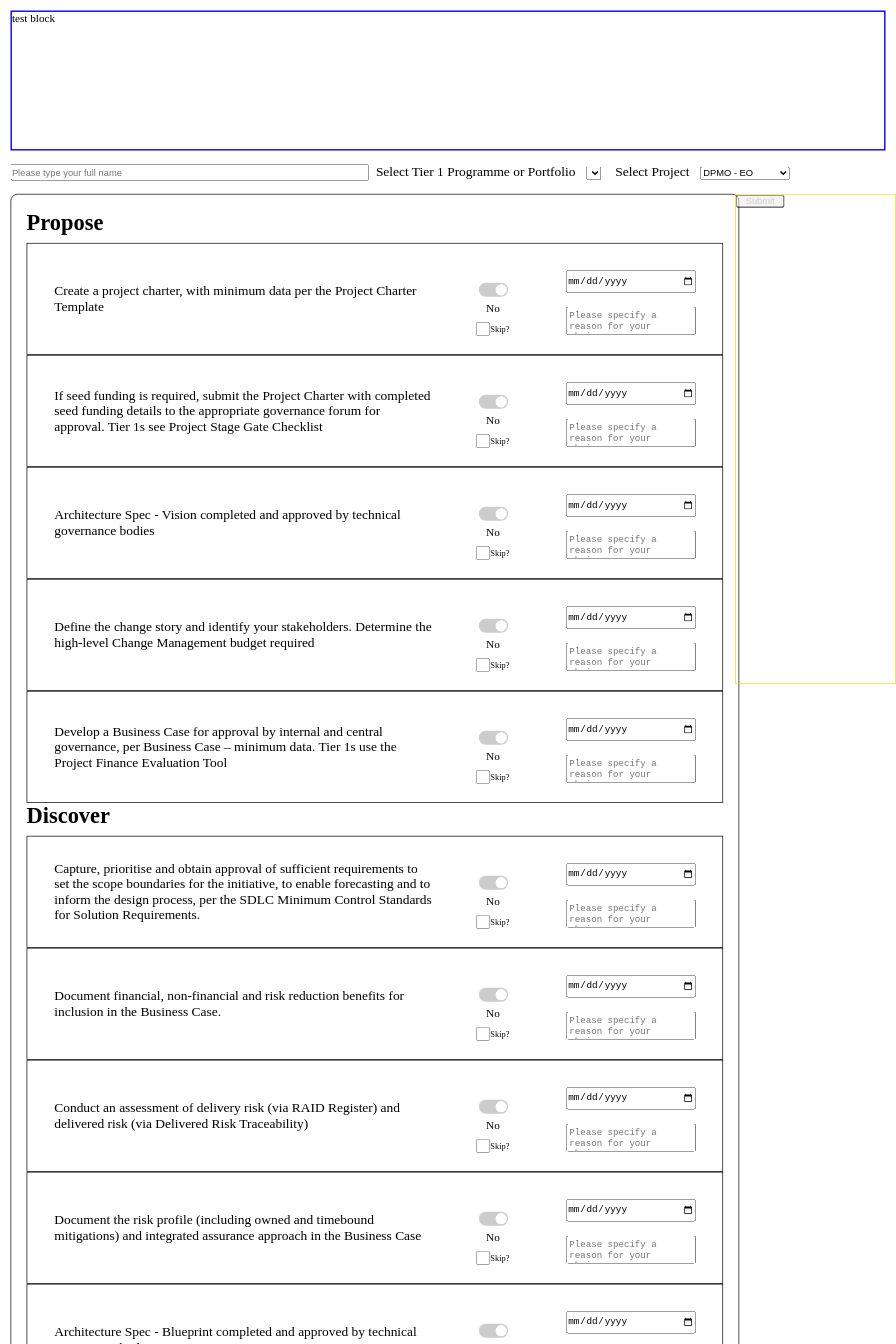
Repository: I-Alpha/JQuery-Html-form
Page: Project-form.html
The author's editor kept a copy of each file at every save. The page is drawn from the files as they stood at one save, then again after the next save.
The browser window is 1280 px wide. The pictures show the part of the page from y = 0 to 1920 px (the page is 8709 px tall), at 70% of full size.

Above is the page before, as saved 2020-10-27 01:03:38.

After the next save:
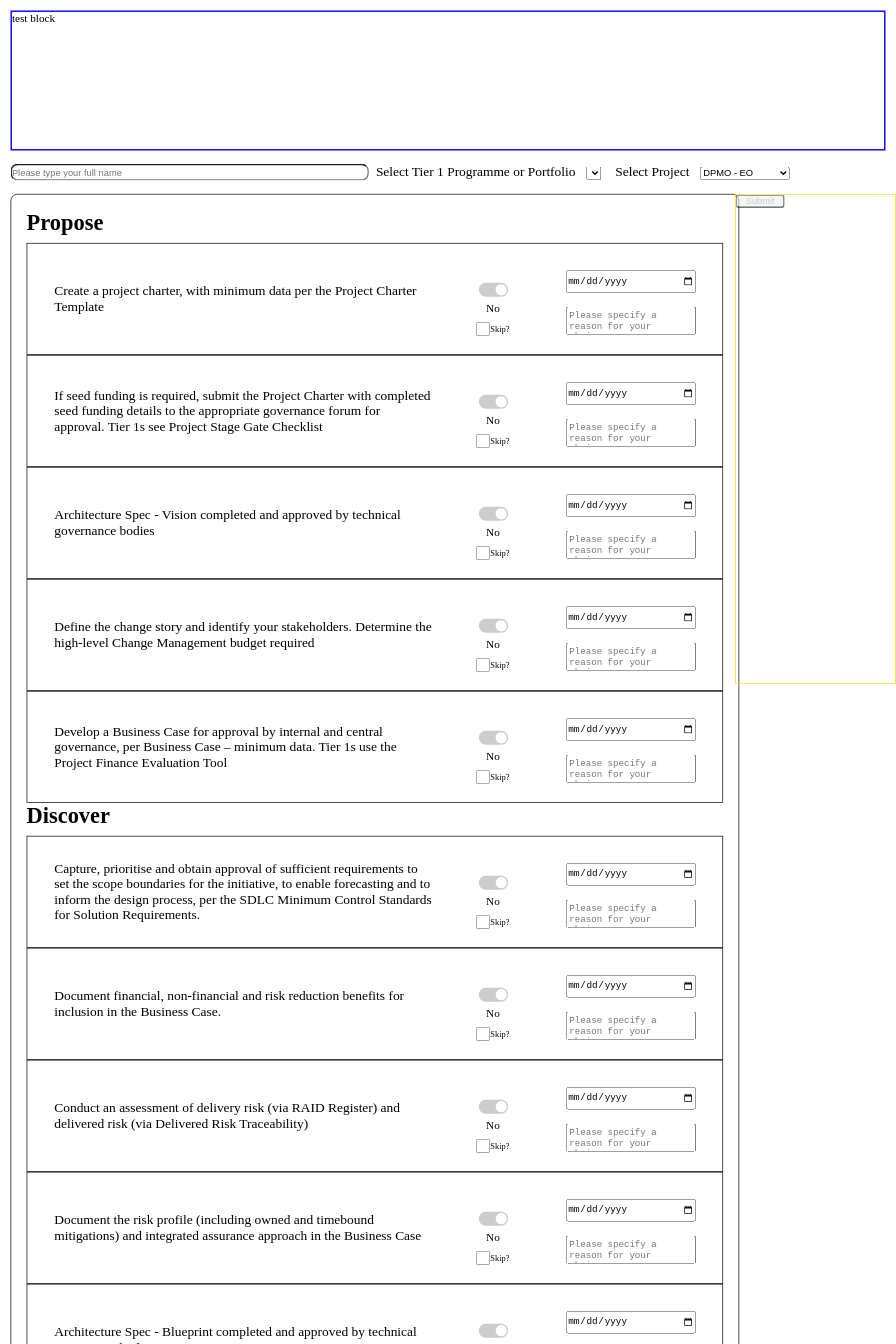
Saved 6 s later.
--- a/main.css
+++ b/main.css
@@ -349,7 +349,7 @@
      max-height:1.5rem;
      bottom:-9.2px;
      width: 32rem;
-    border-radius:
+    border-radius:10px;
     }
 
 #form1 {
